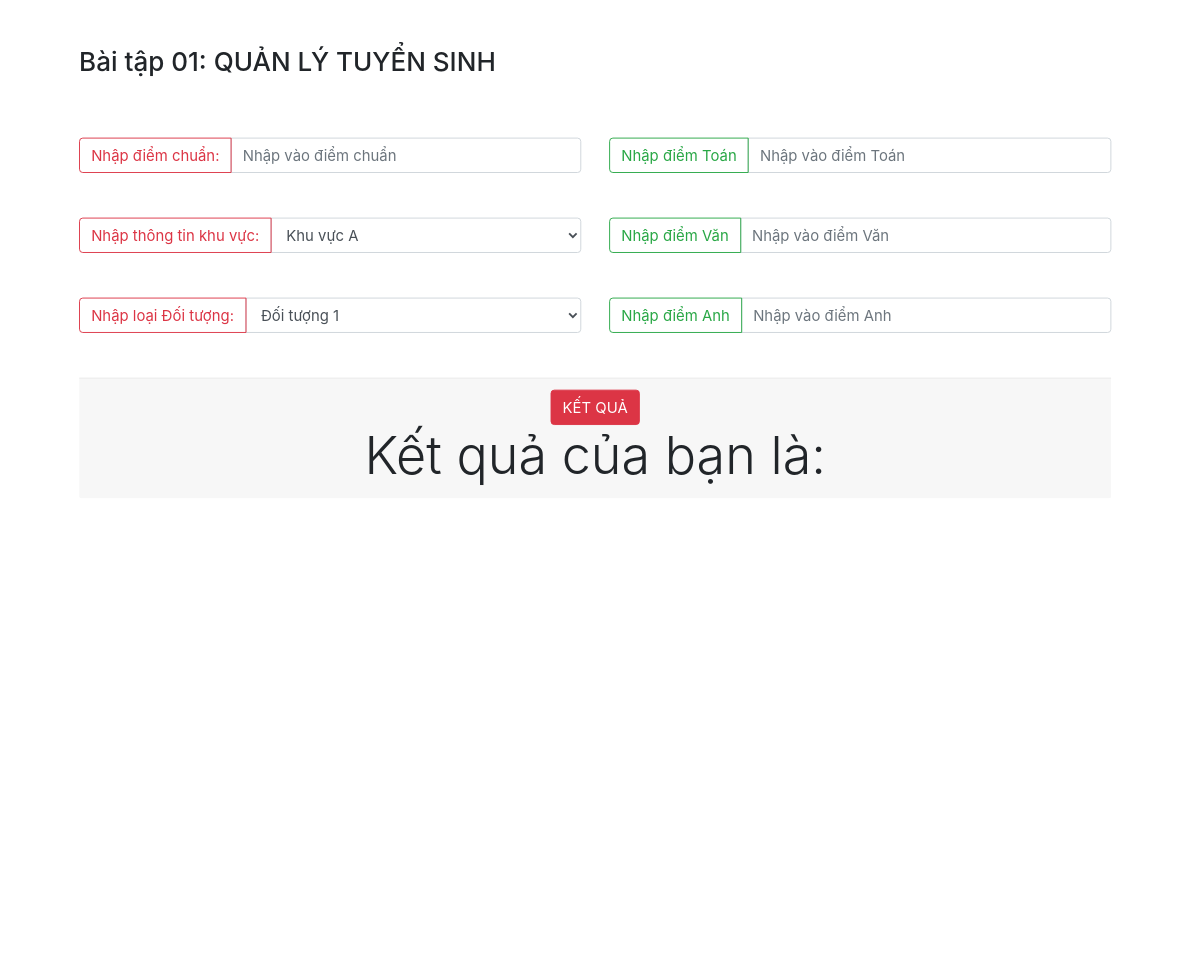
Repository: ducdatit2002/javascript-tinh-day15
Page: index.html
The author's editor kept a copy of each file at every save. The page is drawn from the files as they stood at one save, then again after the next save.
The browser window is 1280 px wide. The pictures show the whole page, at 93% of full size.

Above is the page before, as saved 2023-08-20 12:55:57.

After the next save:
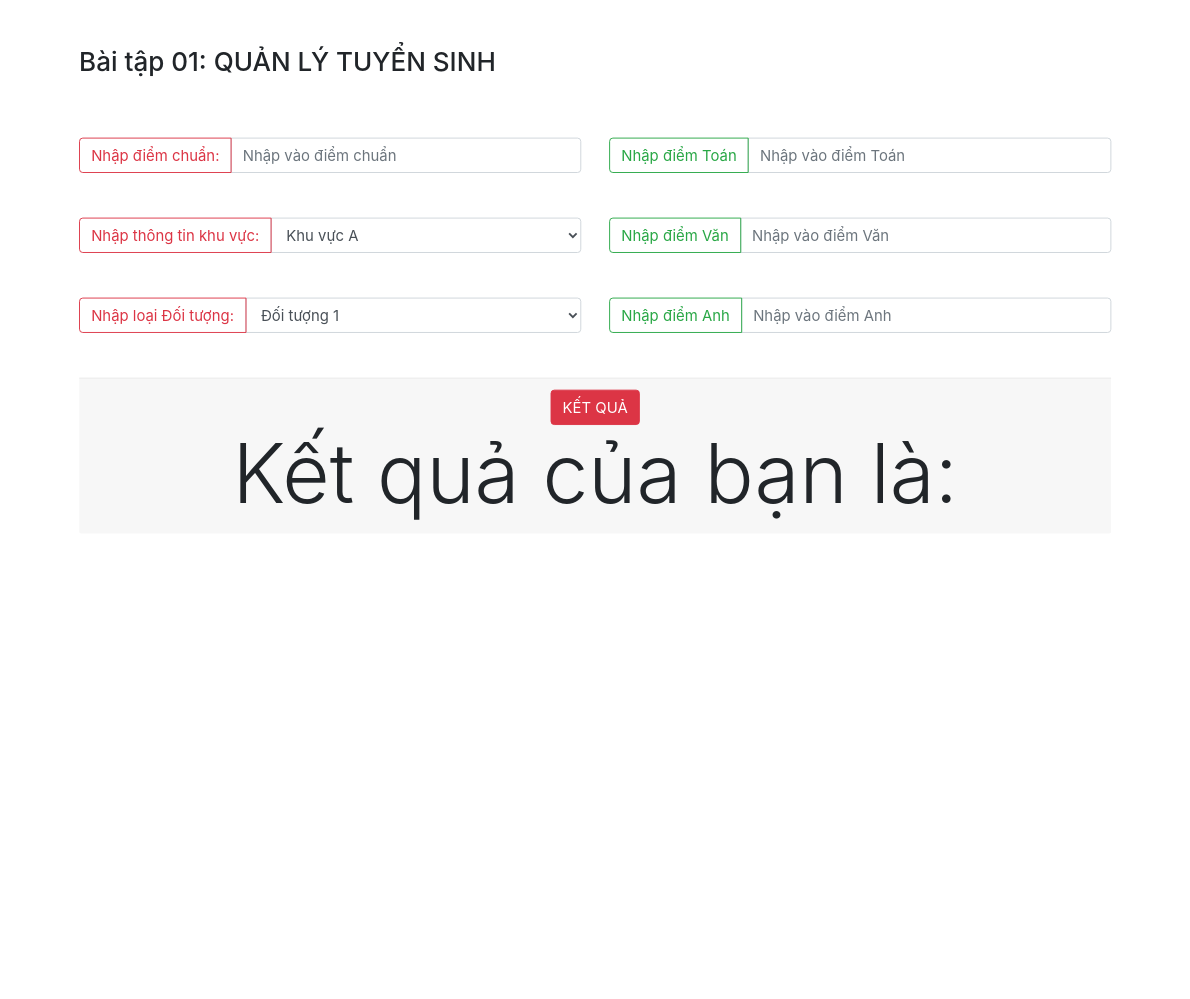
Saved 7 s later.
--- a/index.html
+++ b/index.html
@@ -94,7 +94,7 @@
         <div class="card-footer text-center mt-5">
             <button id="btnKetQua" class="btn btn-danger">KẾT QUẢ</button>
             <br />
-            <span id="ketQua" class="display-4">Kết quả của bạn là: </span>
+            <span id="ketQua" class="display-2">Kết quả của bạn là: </span>
           </div>
       </div>
     </div>
